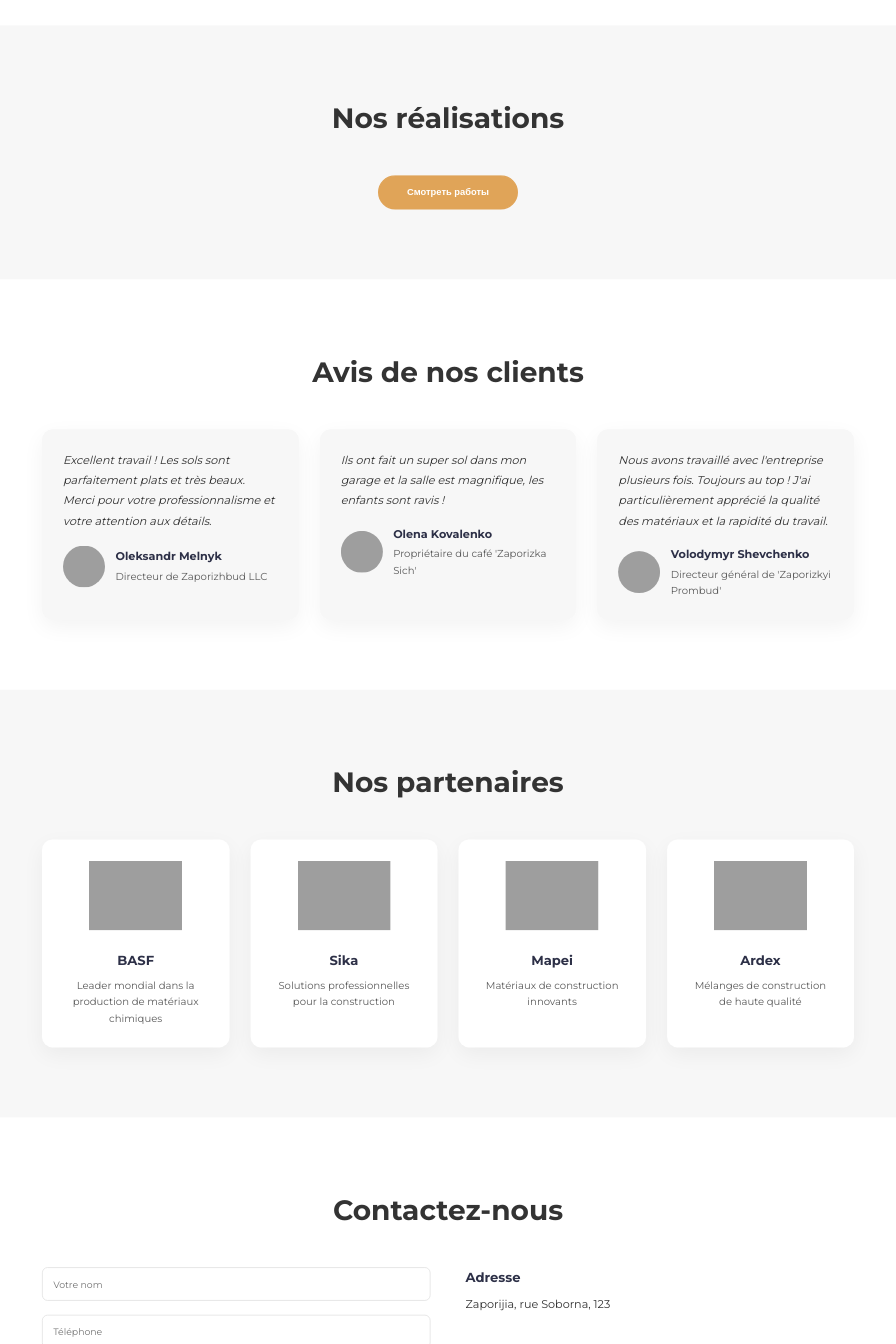
Repository: kerni-ca/kerni-ca
Page: index.html
These files come from the project's save history. The page is drawn as it stood at one moment and after the next save; the edit follows.
The browser window is 1280 px wide. The pictures show the part of the page from y = 1626 to 3546 px (the page is 4047 px tall before and 3998 px after), at 70% of full size.
Pictures or frames that could not be fetched are drawn as grey boxes. Backgrounds fixed to the window are drawn as part of the page.

Above is the page before, as saved 2025-07-04 13:23:17.

After the next save:
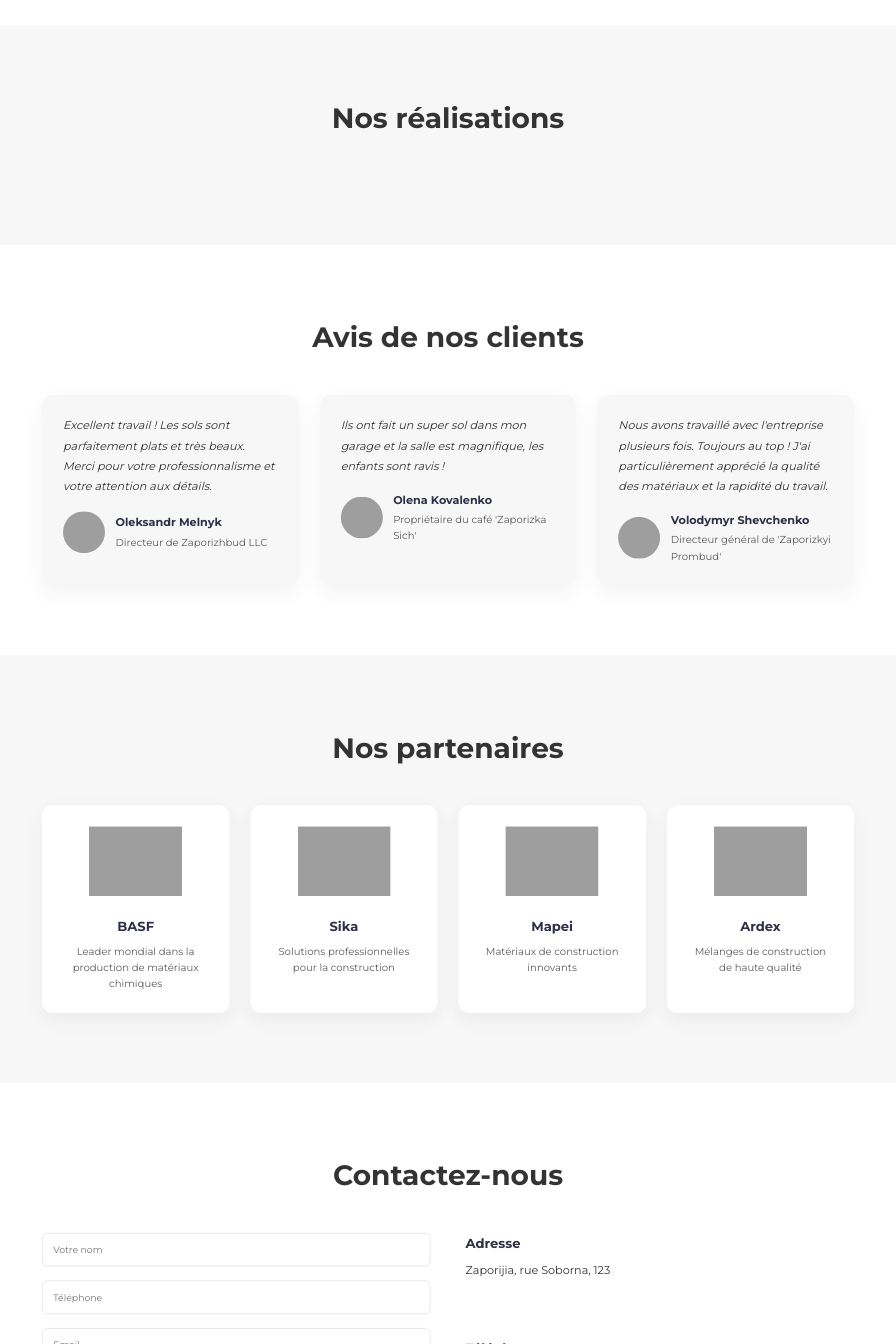
Saved 4 min 54 s later.
--- a/index.html
+++ b/index.html
@@ -81,7 +81,7 @@
     <section id="portfolio" class="portfolio">
         <div class="container">
             <h2 data-i18n="portfolio_title">Наши работы</h2>
-            <button id="portfolio-show-btn" class="cta-button" style="margin: 30px auto 0 auto; display: block;">Смотреть работы</button>
+            <div class="portfolio-tiles" style="display: flex; gap: 32px; justify-content: center; flex-wrap: wrap; margin-top: 30px;"></div>
         </div>
     </section>
 
